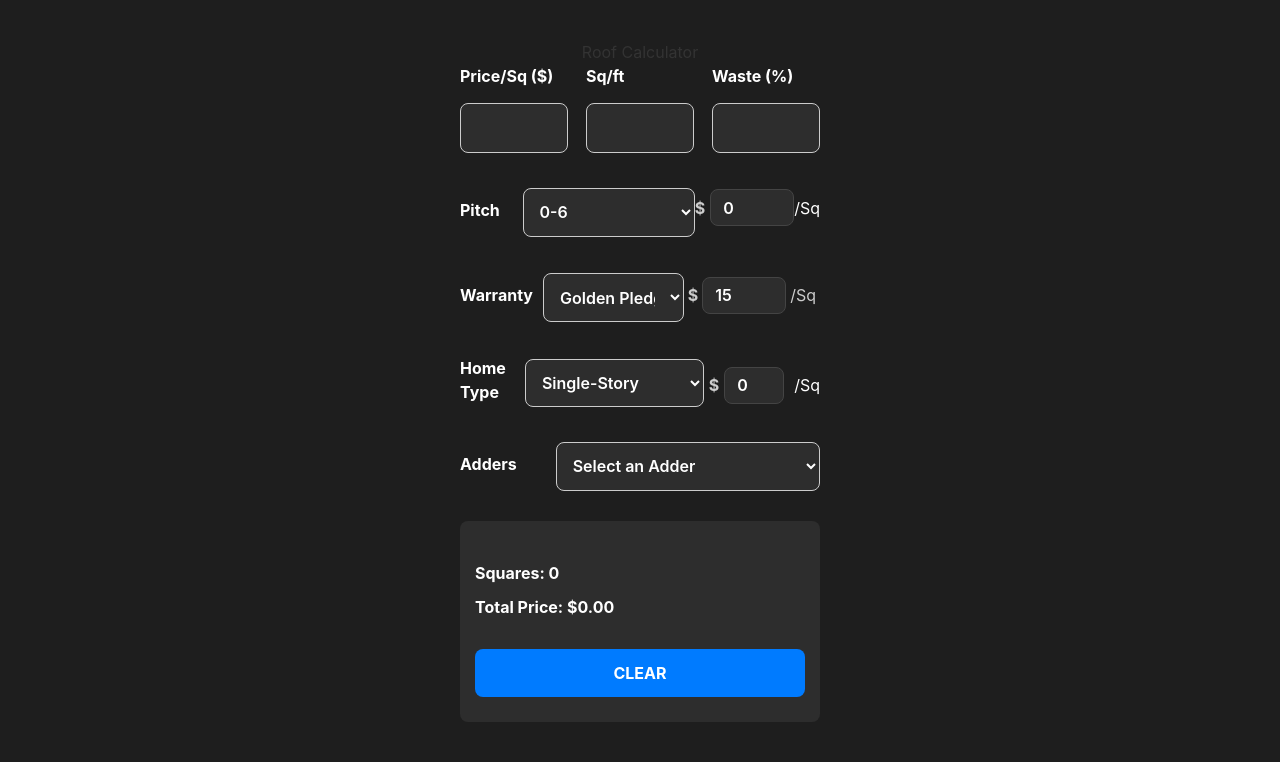
Repository: Tripp-L/roof-calc-app
Page: /
The author's editor kept a copy of each file at every save. The page is drawn from the files as they stood at one save, then again after the next save.
The browser window is 1280 px wide. The pictures show the whole page.
The project was rebuilt for these pictures with package versions that can differ from the ones it lists, and the page was loaded fresh each time.

Above is the page before, as saved 2024-10-17 23:33:05.

After the next save:
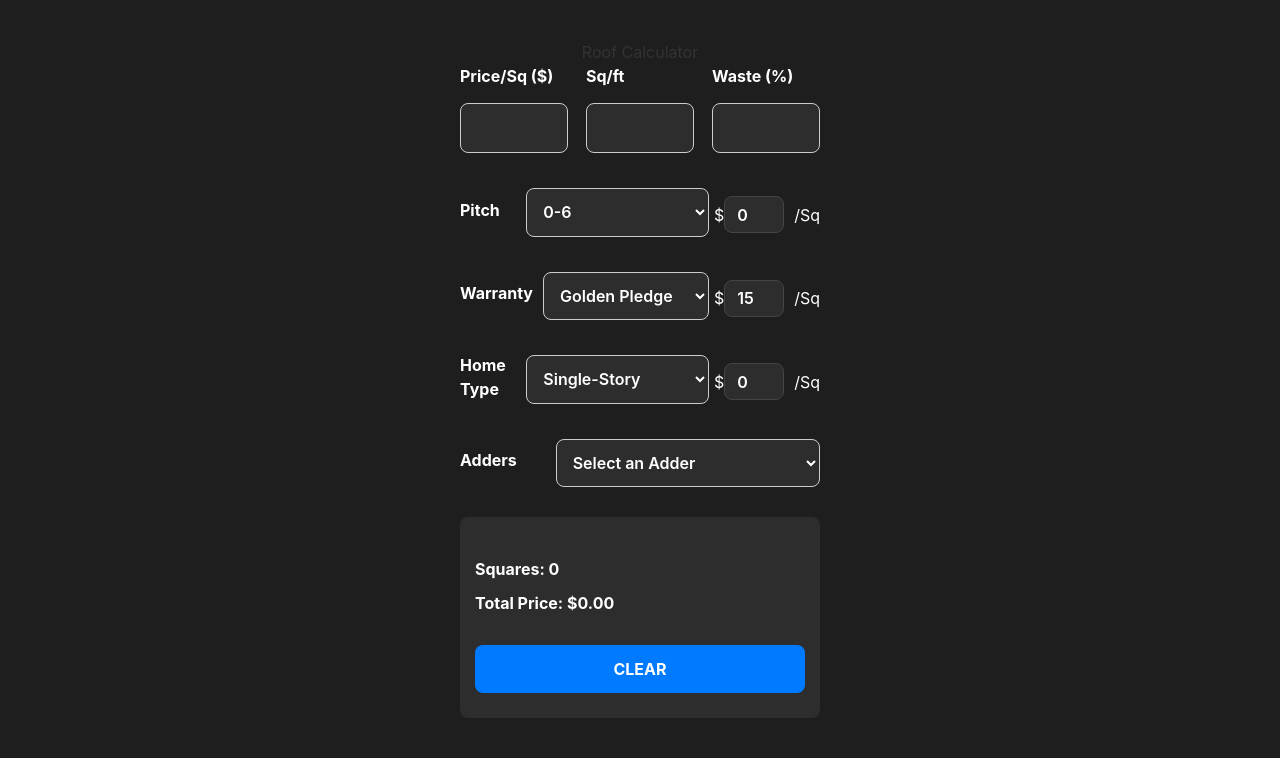
Saved 16 s later.
--- a/src/RoofCalculator.js
+++ b/src/RoofCalculator.js
@@ -380,8 +380,8 @@ const RoofCalculator = () => {
             <option key={key} value={key}>{key}</option>
           ))}
         </select>
-        <div className="pitch-price-input">
-          <span className="dollar-sign">$</span>
+        <div className="price-input-wrapper">
+          <span>$</span>
           <input
             type="number"
             value={pitchPrice}
@@ -402,8 +402,8 @@ const RoofCalculator = () => {
             <option key={key} value={key}>{key}</option>
           ))}
         </select>
-        <div className="warranty-price-input">
-          <span className="dollar-sign">$</span>
+        <div className="price-input-wrapper">
+          <span>$</span>
           <input
             type="number"
             value={warrantyPrice}
@@ -429,7 +429,7 @@ const RoofCalculator = () => {
           ))}
         </select>
         <div className="price-input-wrapper">
-          <span className="dollar-sign">$</span>
+          <span>$</span>
           <input
             type="number"
             value={homeTypePrice}
